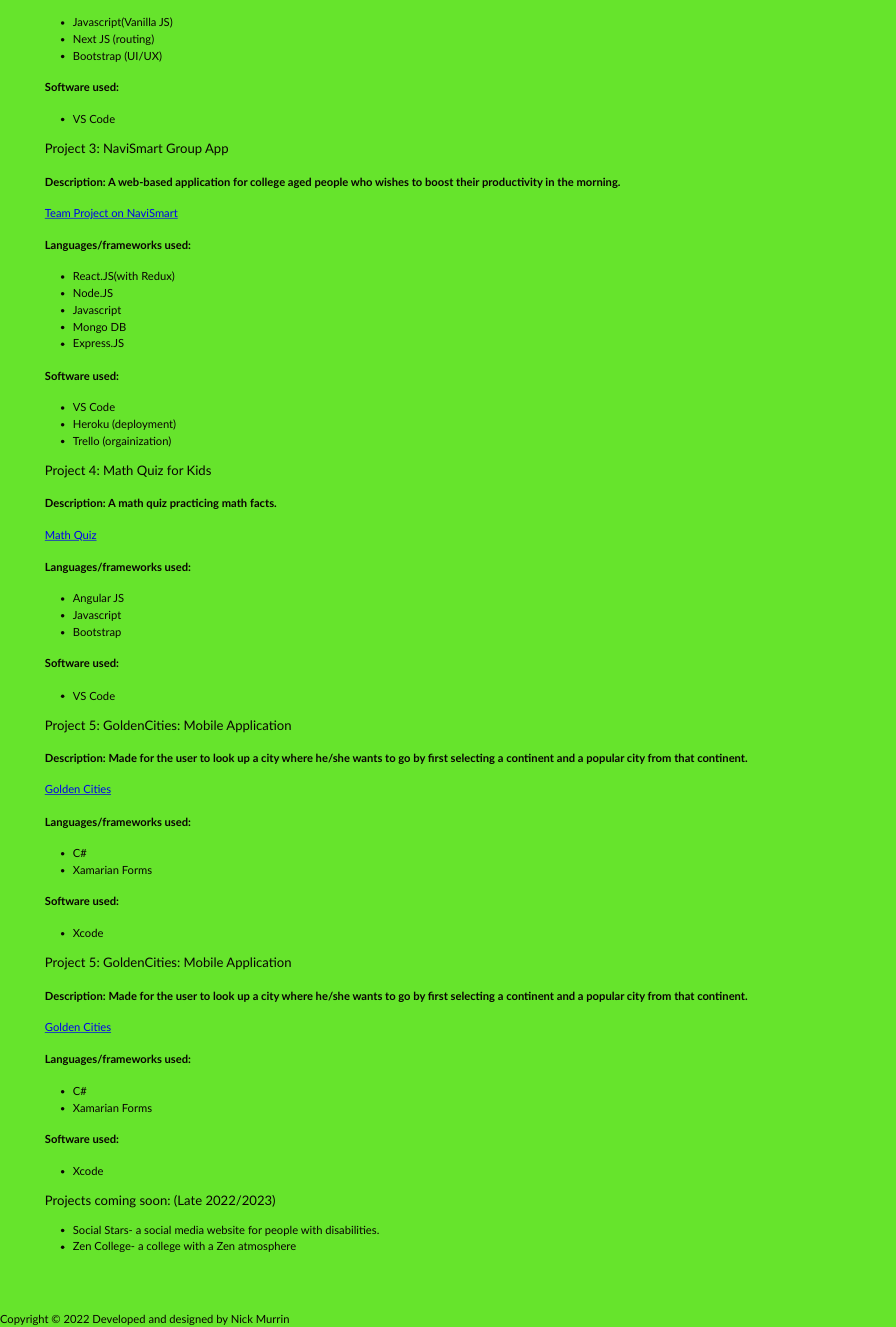
Repository: collegedude9300/modernport
Page: about.html
An editor plug-in stored every save of this project. The page is shown before and after the next save, followed by the edit.
The browser window is 1280 px wide. The pictures show the part of the page from y = 986 to 2906 px (the page is 2882 px tall before and 2906 px after), at 70% of full size.

Above is the page before, as saved 2022-10-21 17:50:35.

### about.html
<!DOCTYPE html>
<html lang="en">
<head>
  <meta charset="UTF-8">
  <meta name="viewport" content="width=device-width, initial-scale=1.0">
  <meta http-equiv="X-UA-Compatible" content="ie=edge">
  <link rel="stylesheet" href="css/main.css">
  <title>Portfolio</title>
</head>
<body>
<header>
<div class="menu-btn">
<div class="btn-line"></div>
<div class="btn-line"></div>
<div class="btn-line"></div>
</div>

<nav class="menu">
<div class="menu-branding">
<div class="portrait"></div>
</div>

<ul class="menu-nav">
<li class="nav-item">
<a href="index.html" class="nav-link">
Home
</a>
</li>

<li class="nav-item current">
<a href="about.html" class="nav-link">
About Me
</a>
</li>



<li class="nav-item">
<a href="contact.html" class="nav-link">
Contact Me
</a>
</li>
</ul>
</nav>
</header>
<main id="home">

<h1 class="lg-heading">
About Me:
</h1>
    <div class="about-info">
      <div class="bio">
        <p>My name is Nick Murrin and I am a Computer Science graduate of California State University San Marcos.
        I also have a certification in web development, specifically in Full Stack Web Developement.
        My  current expertise is in Front End Web Development.
        I take pride in my  work, and I am always available to help people with their websites.
        </p>
      </div>
      <div class="project1">
        <h3>Project 1: Education Station </h3>
        <h4>Description: An educational website that reinforces early education for younger kids.</h4>
        <a href="https://educationstation.vercel.app/ "/>Education Station </a>
<h4> Languages/frameworks used: </h4>
<ul>
  <li>Javascript (Vanilla JS)</li>
  <li>Bootstrap</li>
</ul>
<h4> Software used: </h4>
<ul>
<li> Notepad ++  </li>
</ul>
      </div>
      <div class="project2">
        <h3>Project 2: Zen Station</h3>
        <h4>Description: A relaxing website that allows users to settle down by living in the moment through various forms of enlightenment.
          (formally known as Zen Center, but now remastered)</h4>
        <a href="https://zenstationnext.vercel.app/"/> Zen Station </a>
<h4> Languages/frameworks used: </h4>
<ul>
  <li>Javascript(Vanilla JS)</li>
  <li>Next JS (routing)</li>
  <li>Bootstrap (UI/UX)</li>
</ul>
<h4> Software used: </h4>
<ul>
<li> VS Code  </li>
</ul>
      </div>
      <div class="project3">
        <h3>Project 3: NaviSmart Group App</h3>
        <h4>Description: A web-based application for college aged people who wishes to boost their productivity in the morning.
        </h4>
        <a href="https://github.com/Willhanau/FigNeutrons">Team Project on NaviSmart</a>
 <h4> Languages/frameworks used: </h4>
<ul>
  <li>React.JS(with Redux)</li>
  <li>Node.JS</li>
  <li>Javascript</li>
  <li> Mongo DB  </li>
  <li>Express.JS</li>
</ul>
<h4> Software used: </h4>
<ul>
<li> VS Code  </li>
<li> Heroku (deployment)  </li>
<li> Trello (orgainization)  </li>
</ul>
</div>

<div class="project4">
        <h3>Project 4: Math Quiz for Kids</h3>
        <h4>Description: A math quiz practicing math facts.</h4>
        <a href="https://mathquiz-sigma.vercel.app/"/> Math Quiz </a>
<h4> Languages/frameworks used: </h4>
<ul>
  <li>Angular JS</li>
  <li>Javascript</li>
  <li>Bootstrap</li>
</ul>
<h4> Software used: </h4>
<ul>
<li> VS Code  </li>
</ul>
      </div>
</div>
<div class="project5">
        <h3>Project 5: GoldenCities: Mobile Application</h3>
        <h4>Description: Made for the user to look up a city where he/she wants to go by first selecting a continent and a popular city from that continent.</h4>
        <a href="https://github.com/collegedude9300/goldencity"/> Golden Cities </a>
<h4> Languages/frameworks used: </h4>
<ul>
  <li>C#</li>
  <li>Xamarian Forms</li>
</ul>
<h4> Software used: </h4>
<ul>
<li> Xcode  </li>
</ul>
      </div>
</div>
<div class="project6">
  <h3>Project 5: GoldenCities: Mobile Application</h3>
  <h4>Description: Made for the user to look up a city where he/she wants to go by first selecting a continent and a popular city from that continent.</h4>
  <a href="https://github.com/collegedude9300/goldencity"/> Golden Cities </a>
<h4> Languages/frameworks used: </h4>
<ul>
<li>C#</li>
<li>Xamarian Forms</li>
</ul>
<h4> Software used: </h4>
<ul>
<li> Xcode  </li>
</ul>
</div>
</div>
<h3> Projects coming soon: (Late 2022/2023)      </h3>
<ul>
  <li>Social Stars- a social media website for people with disabilities.</li>
  <li>Zen College- a college with a Zen atmosphere</li>
</ul>
</main>
  <footer id="main-footer">
  Copyright &copy; 2022
  Developed and designed by Nick Murrin
  </footer>
<script src="js/main.js"> </script>
</body>
</html>

### css/main.css
.menu-btn {
  position: absolute;
  z-index: 3;
  right: 35px;
  top: 35px;
  cursor: pointer;
  transition: all 0.5s ease-out; }
  .menu-btn .btn-line {
    width: 28px;
    height: 3px;
    margin: 0 0 5px 0;
    background: #000;
    transition: all 0.5s ease-out; }
  .menu-btn.close {
    transform: rotate(180deg); }
    .menu-btn.close .btn-line:nth-child(1) {
      transform: rotate(45deg) translate(5px, 5px); }
    .menu-btn.close .btn-line:nth-child(2) {
      opacity: 0; }
    .menu-btn.close .btn-line:nth-child(3) {
      transform: rotate(-45deg) translate(7px, -6px); }

.menu {
  position: fixed;
  top: 0;
  width: 100%;
  opacity: 0.9;
  visibility: hidden; }
  .menu.show {
    visibility: visible; }
  .menu-branding, .menu-nav {
    display: flex;
    flex-flow: column wrap;
    align-items: center;
    justify-content: center;
    float: left;
    width: 50%;
    height: 100vh;
    overflow: hidden; }
  .menu-nav {
    margin: 0;
    padding: 0;
    background: #f6a205;
    list-style: none;
    transform: translate3d(0, -100%, 0);
    transition: all 0.5s ease-out; }
    .menu-nav.show {
      transform: translate3d(0, 0, 0); }
  .menu-branding {
    background: #faac1b;
    transform: translate3d(0, 100%, 0);
    transition: all 0.5s ease-out; }
    .menu-branding.show {
      transform: translate3d(0, 0, 0); }
    .menu-branding .portrait {
      width: 250px;
      height: 250px; }
  .menu .nav-item {
    transform: translate3d(600px, 0, 0);
    transition: all 0.5s ease-out; }
    .menu .nav-item.show {
      transform: translate3d(0, 0, 0); }
  .menu .nav-link {
    display: inline-block;
    position: relative;
    font-size: 30px;
    text-transform: uppercase;
    padding: 1rem 0;
    font-weight: 300;
    color: #000;
    text-decoration: none;
    transition: all 0.5s ease-out; }

.nav-item:nth-child(1) {
  transition-delay: 0.1s; }

.nav-item:nth-child(2) {
  transition-delay: 0.2s; }

.nav-item:nth-child(3) {
  transition-delay: 0.3s; }

.nav-item:nth-child(4) {
  transition-delay: 0.4s; }

@media screen and (min-width: 1171px) {
  .projects {
    grid-template-columns: repeat(4, 1fr); } }

@media screen and (min-width: 769px) and (max-width: 1170px) {
  .projects {
    grid-template-columns: repeat(3, 1fr); } }

@media screen and (max-width: 768px) {
  main {
    align-items: center;
    text-align: center; }
    main .lg-heading {
      line-height: 1;
      margin-bottom: 1rem; }
  ul.menu-nav,
  div.menu-branding {
    float: none;
    width: 100%;
    min-height: 0; }
    ul.menu-nav.show,
    div.menu-branding.show {
      transform: translate3d(0, 0, 0); }
  .menu-nav {
    height: 75vh;
    transform: translate3d(-100%, 0, 0);
    font-size: 24px; }
  .menu-branding {
    height: 25vh;
    transform: translate3d(100%, 0, 0); }
    .menu-branding .portrait {
      width: 150px;
      height: 150px; }
  .about-info {
    grid-template-areas: 'bioimage'
 'bio'
 'job1'
 'job2'
 'job3';
    grid-template-columns: 1fr; }
  .projects {
    grid-template-columns: repeat(2, 1fr); } }

@media screen and (max-width: 500px) {
  main {
    padding: 2rem; }
    main #home h1 {
      margin-top: 10vh; }
    main .lg-heading {
      margin-top: 1rem;
      font-size: 5rem; }
  .projects {
    grid-template-columns: 1fr; } }

* {
  box-sizing: border-box; }

body {
  background: #66e42c;
  color: #0a0303;
  height: 100%;
  margin: 0;
  font-family: 'Trebuchet MS', 'Lucida Sans Unicode', 'Lucida Grande', 'Lucida Sans', Arial, sans-serif;
  line-height: 1.5; }

.transition1 {
  width: 150px;
  height: 150px;
  background: red;
  transition: width 3s; }

.transition2 {
  width: 150px;
  height: 150px;
  background: #12e7ee;
  transition: width 3s; }

.transition3 {
  width: 150px;
  height: 150px;
  background: #e7d918;
  transition: width 3s; }

.transition4 {
  width: 150px;
  height: 150px;
  background: rgba(238, 150, 18, 0.753);
  transition: width 3s; }

.myTitle {
  padding: 50px;
  margin: 20px;
  font-size: 30px;
  font-family: Cambria, Cochin, Georgia, Times, 'Times New Roman', serif;
  color: #1133ca; }

h1, h2, h3 {
  margin: 0;
  font-weight: 400; }

.lg-heading {
  font-size: 6rem; }

header {
  position: relative;
  z-index: 2; }

main {
  padding: 4rem;
  height: 100%; }
  main#home {
    overflow: hidden; }
  main h1 {
    margin-top: 20vh; }

### js/main.js
// Select DOM Items
const menuBtn = document.querySelector('.menu-btn');
const menu = document.querySelector('.menu');
const menuNav = document.querySelector('.menu-nav');
const menuBranding = document.querySelector('.menu-branding');
const navItems = document.querySelectorAll('.nav-item');

// Set Initial State Of Menu
let showMenu = false;

menuBtn.addEventListener('click', toggleMenu);

function toggleMenu() {
  if (!showMenu) {
    menuBtn.classList.add('close');
    menu.classList.add('show');
    menuNav.classList.add('show');
    menuBranding.classList.add('show');
    navItems.forEach(item => item.classList.add('show'));

    // Set Menu State
    showMenu = true;
  } else {
    menuBtn.classList.remove('close');
    menu.classList.remove('show');
    menuNav.classList.remove('show');
    menuBranding.classList.remove('show');
    navItems.forEach(item => item.classList.remove('show'));

    // Set Menu State
    showMenu = false;
  }
}

After the next save:
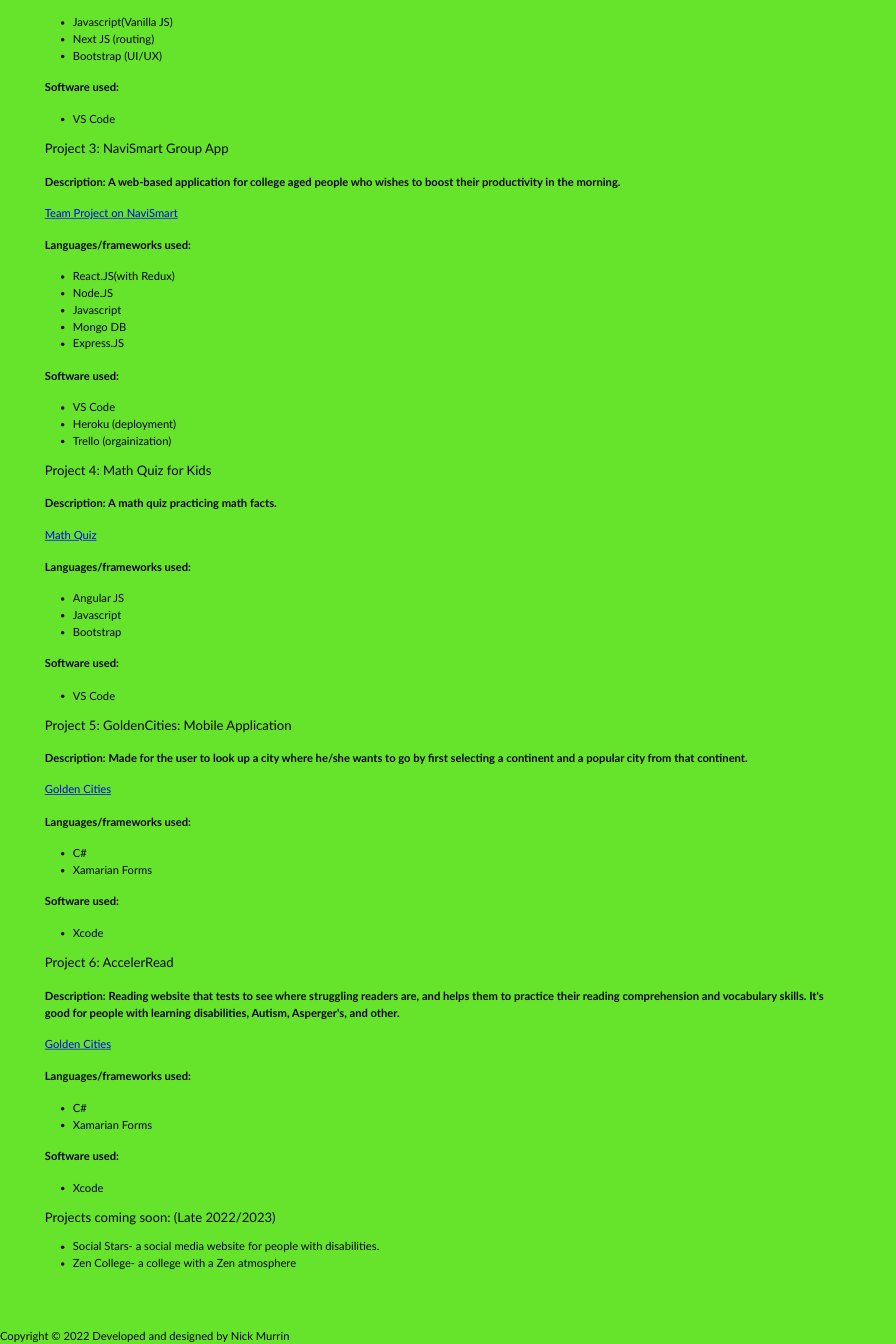
Saved 25 min 40 s later.
--- a/about.html
+++ b/about.html
@@ -139,8 +139,10 @@ About Me:
       </div>
 </div>
 <div class="project6">
-  <h3>Project 5: GoldenCities: Mobile Application</h3>
-  <h4>Description: Made for the user to look up a city where he/she wants to go by first selecting a continent and a popular city from that continent.</h4>
+  <h3>Project 6: AccelerRead</h3>
+  <h4>Description: Reading website that tests to see where struggling readers are,
+and helps them to practice their reading comprehension and vocabulary skills.
+ It's good for people with learning disabilities, Autism, Asperger's, and other.</h4>
   <a href="https://github.com/collegedude9300/goldencity"/> Golden Cities </a>
 <h4> Languages/frameworks used: </h4>
 <ul>
